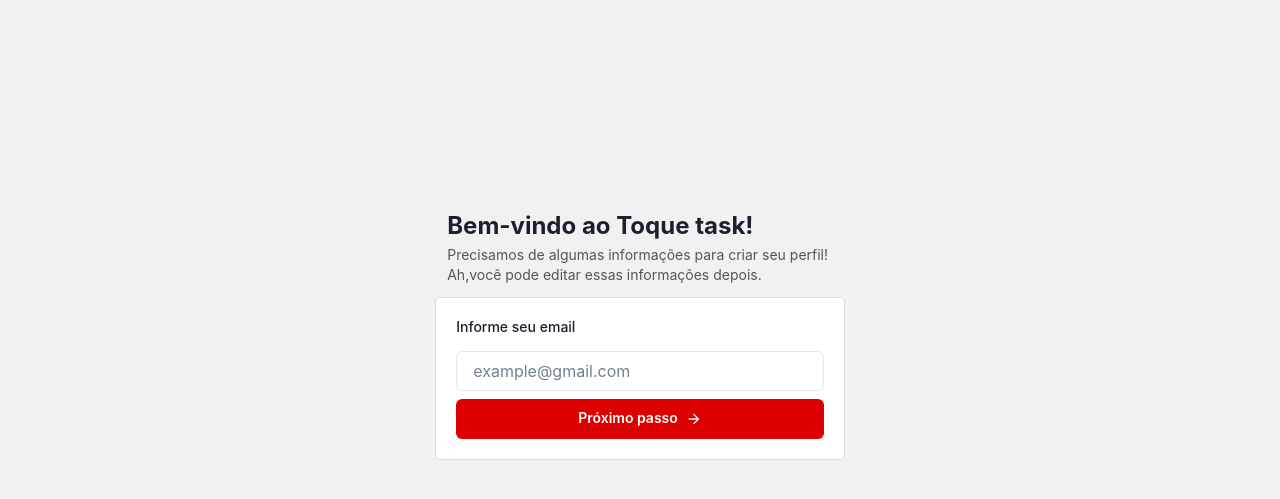
Repository: jorgelucasjs/chakra-ui-doc
Page: /
These files come from the project's save history. The page is drawn as it stood at one moment and after the next save; the edit follows.
The browser window is 1280 px wide. The pictures show the whole page.
The project was rebuilt for these pictures with package versions that can differ from the ones it lists, and the page was loaded fresh each time.

Above is the page before, as saved 2023-01-06 14:52:17.

After the next save:
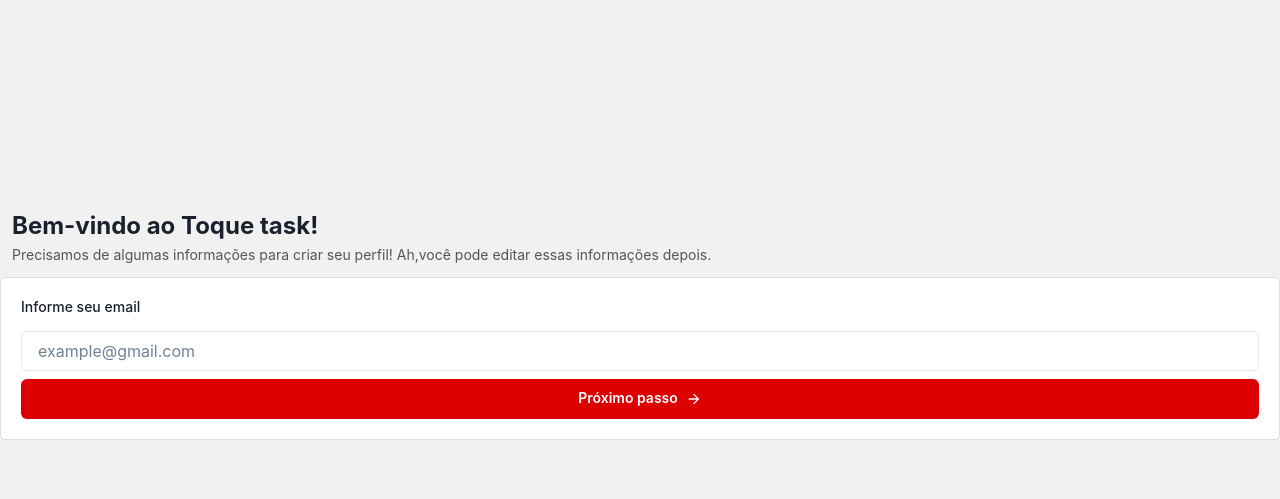
Saved 55 s later.
--- a/src/pages/index.tsx
+++ b/src/pages/index.tsx
@@ -7,7 +7,7 @@
 	return (
 		<Flex justify={'center'} bg={'#F1F1F1'} height='100vh' width="100%" >
 
-			<Box w={'32%'} mt={200} maxW='100%'>
+			<Box w={'100%'} mt={200} maxW='100%'>
 
 				<Box p={3} pb={0}>
 

After the save that followed:
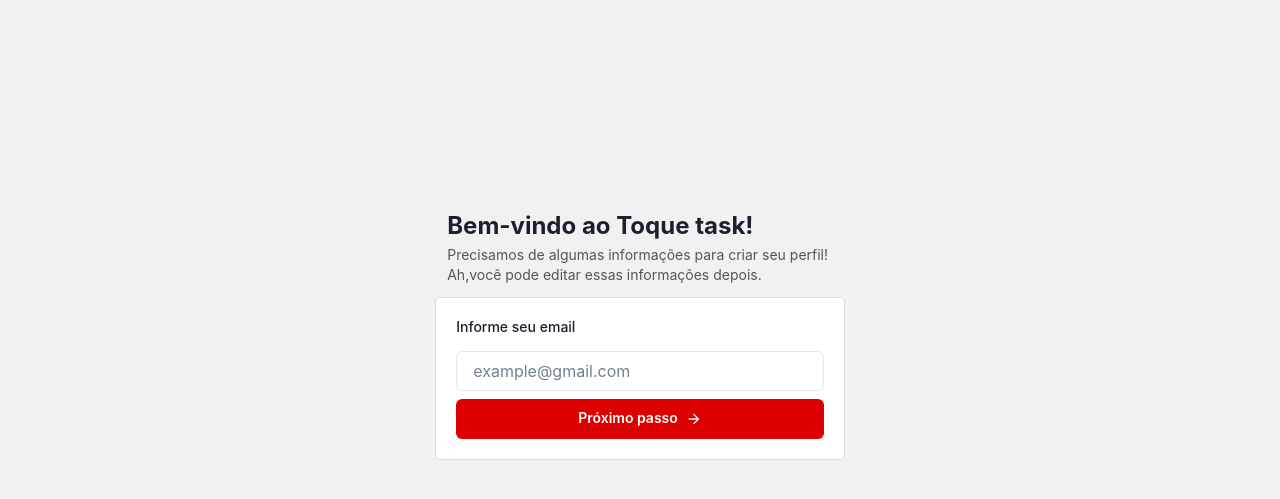
Saved 9 s later.
--- a/src/pages/index.tsx
+++ b/src/pages/index.tsx
@@ -7,7 +7,7 @@
 	return (
 		<Flex justify={'center'} bg={'#F1F1F1'} height='100vh' width="100%" >
 
-			<Box w={'100%'} mt={200} maxW='100%'>
+			<Box w={'32%'} mt={200} maxW='100%'>
 
 				<Box p={3} pb={0}>
 
